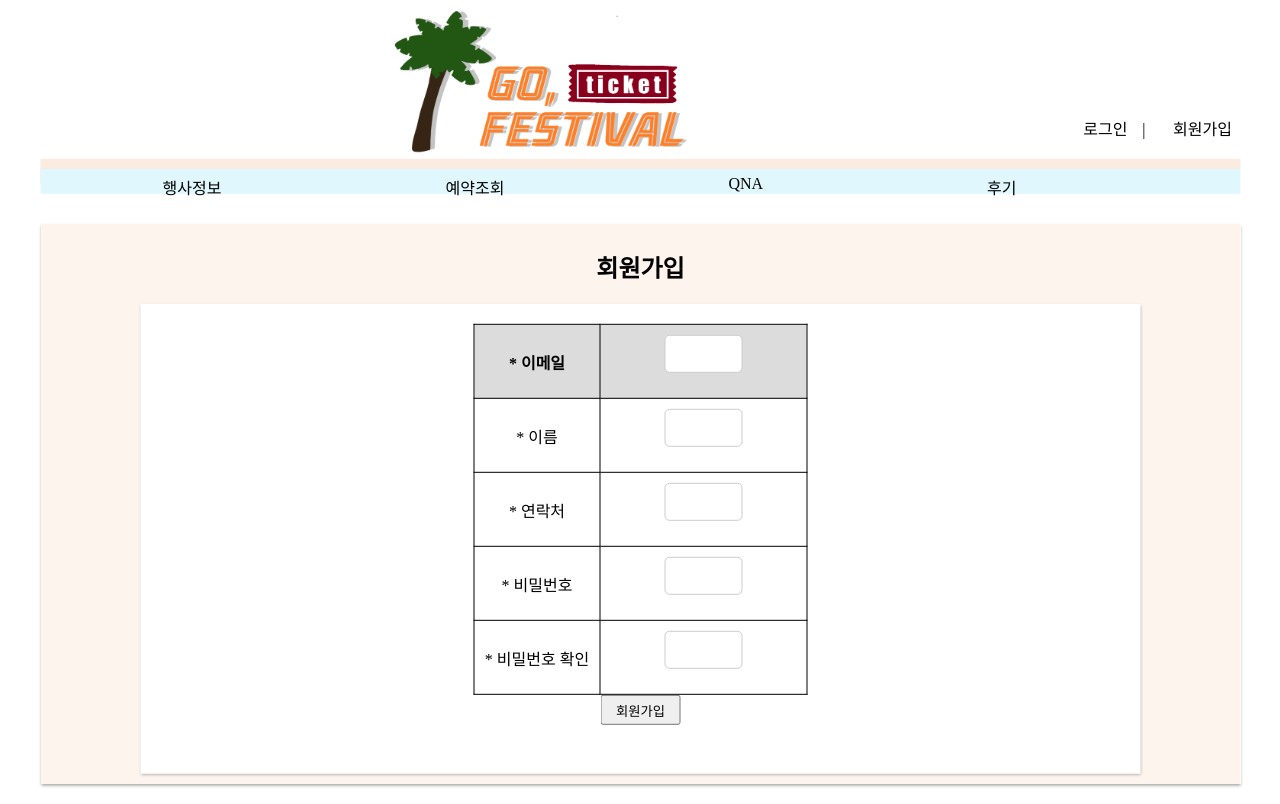
Repository: Changgyu1/Chang_Gu
Page: http://localhost/Project/register.jsp
An editor plug-in stored every save of this project. The page is shown before and after the next save, followed by the edit.
The browser window is 1280 px wide. The pictures show the whole page.
Some web fonts or font styles are not loaded; a fallback is used. The page is served by Tomcat 9. Other server files are loaded and not shown.

Above is the page before, as saved 2023-11-14 04:05:21.

### Project/src/main/webapp/register.jsp
<%@ page language="java" contentType="text/html; charset=UTF-8"
	pageEncoding="UTF-8"%>
<%@ page import="register.event.registerDAO"%>
<%@ page import="register.event.registerDTO"%>
<%@ page import="java.io.PrintWriter"%>
<!DOCTYPE html>
<html lang="UTF-8">
<head>
<meta charset="UTF-8">
<meta name="viewport" content="width=device-width, initial-scale=1.0">
<title>예약</title>
<link rel="stylesheet" type="text/css" href="./hjCss/main.css">
<link rel="stylesheet" type="text/css"
	href="./hjCss/reservationSearch.css">
	<style>
	.center-register{
	    margin-left:auto;
    margin-right:auto;
	}
	table, td, th {
    border-collapse : collapse;
    border : 1px solid black;
};
	</style>
</head>
<body>
	<div id="wrapper">
		<!--로고이미지-->
		<img src="./image/로고1.png" id="logo">
		<!--로그인 버튼-->
		<div style="text-align: right; width: 1215px;">
			<%
			if (session.getAttribute("email") != null) {
			%>
			<button type="button" onclick="location.href='logout.jsp'"
				style="width: 75px;">로그아웃</button>
			<h>|</h>
			<button type="button"
				onclick="location.href='mypageServlet?email=<%=session.getAttribute("email")%>'"
				style="width: 100px;">마이페이지</button>
			<%
			} else {
			%>
			<button type="button" onclick="location.href='login.jsp'"
				style="width: 60px;">로그인</button>
			<h>|</h>
			<button type="button" onclick="location.href='join.jsp'"
				style="width: 100px;">회원가입</button>
			<%
			}
			%>

		</div>

		<!-- 메뉴바 -->
		<div id="buttons">
			<ul>
				<li onclick="location.href='review_list.jsp'">후기</li>
				<li onclick="location.href='Qna_List.jsp'">QNA</li>
				<li onclick="location.href='reservation_search.jsp'">예약조회</li>
				<li onclick="location.href='Event_List.jsp'">행사정보</li>
			</ul>
		</div>
		<!-- 가운데 가장 큰 박스 -->
		<div id="background">

			<h2 style="padding-top: 15px">회원가입</h2>
			<!-- 안에 글넣는 하얀 박스-->
			<div id="reviewbox">
				<!-- 회원가입 -->
				<form action="register" method="post" onsubmit="return Check()">
					<table class="center-register">
						<thead class="registerInfo">
							<tr>
								<th>* 이메일</th>
								<th><input type="email" id="email" name="email" required></th>
							</tr>
						</thead>
						<tbody>
							<tr>
								<td>* 이름</td>
								<td><input type="text" id="name" name="name" required> </td>
							</tr>
							<tr>
								<td>* 연락처</td>
								<td><input type="text" id="phonenumber" name="phonenumber" required></td>
							</tr>
							<tr>
								<td>* 비밀번호</td>
								<td><input type="password" id="password" name="password" required></td>
							</tr>
							<tr>
								<td>* 비밀번호 확인</td>
								<td><input type="password" id="passwordcheck" name="passwordcheck" required></td>
							</tr>
						</tbody>
					</table>
					<input type="submit" onclick="Check()" value="회원가입"
						style="width: 80px; height: 30px;">
				</form>
			</div>
		</div>

	</div>
</body>
</html>

### Project/src/main/webapp/hjCss/main.css
@font-face {
    font-family: 'NanumSquareNeo-Variable';
    src: url('https://cdn.jsdelivr.net/gh/projectnoonnu/noonfonts_11-01@1.0/NanumSquareNeo-Variable.woff2') format('woff2');
    font-weight: normal;
    font-style: normal;
}

    *{
    font-family: 'NanumSquareNeo-Variable';
    }

     body{
 	   	 position: absolute;
            padding: 20px;
            top: 50%;
            left: 50%;
            transform: translate(-50%, -50%);
    }



    #logo{
        width:300px;
        margin-left:350px;
        margin-bottom:-56px;
        margin-top:50px;
    }


       #searchbox{
     margin-right:100px;
        }


    #buttons{
        background:rgba(150, 230, 248, 0.295);
        height: 25px;
        width: 1200px;
        box-shadow: 0px -10px 0px rgba(249, 220, 201, 0.575);
        margin-top: 25px;

    }

    button{
        border:none;
        background:none;
        margin: 3px;
        font-size: 16px;
        width: 250px;

    }

    #background{
        background-color:rgba(249, 220, 201, 0.326);
        width: 1200px;
        height: 550px;
        margin-top: 30px;

        box-shadow: 0px 2px 3px rgb(161, 160, 159);
        padding-top:10px;

    }



    #reviewbox{

    	padding-top:20px;
    	max-width: 1000px;
        height: 450px;
        margin-left:auto;
        margin-right:auto;
        background-color: #ffffff;
        text-align:center;
        box-shadow: 0px 1px 3px rgb(161, 160, 159);
        margin-top : 20px;


    }


    #review{
    margin:10px;
    width:700px;
    height:250px;

    }

    #review_title{
    margin:10px;
     width:700px;
    height:30px;

    }



    h2{
    font-family: 'NanumSquareNeo-Variable';
 	margin-top:0px;
    text-align: center;
    }


    #list{

            background-color: rgba(149, 150, 149, 0.055);
            border: 1px solid gray;
            border-collapse: collapse;
            padding: 10px;
            width:900px;
            text-align: center;
            margin-left:auto;
   			margin-right:auto;

        }


        th{

            background-color: rgba(161, 161, 161, 0.377);

        }

        th,td{

            border: 1px solid gray;
            padding: 10px;
        }

        #textbox{
        margin-right:100px;
        }

ul{
	list-style:none;
}

### Project/src/main/webapp/hjCss/reservationSearch.css


/* 입력 필드 스타일 */
input[type="text"],
input[type="email"],
 input[type="password"]{
    width: 30%;
    padding: 10px;
    margin-bottom: 15px;
    border: 1px solid #ccc;
    border-radius: 5px;
}


li{
		float:right;
		margin: 6px 224px 0px 0;
}


div#r_search {
    margin-top: 123px;
}

li#info{
	list-style:none;

}

After the next save:
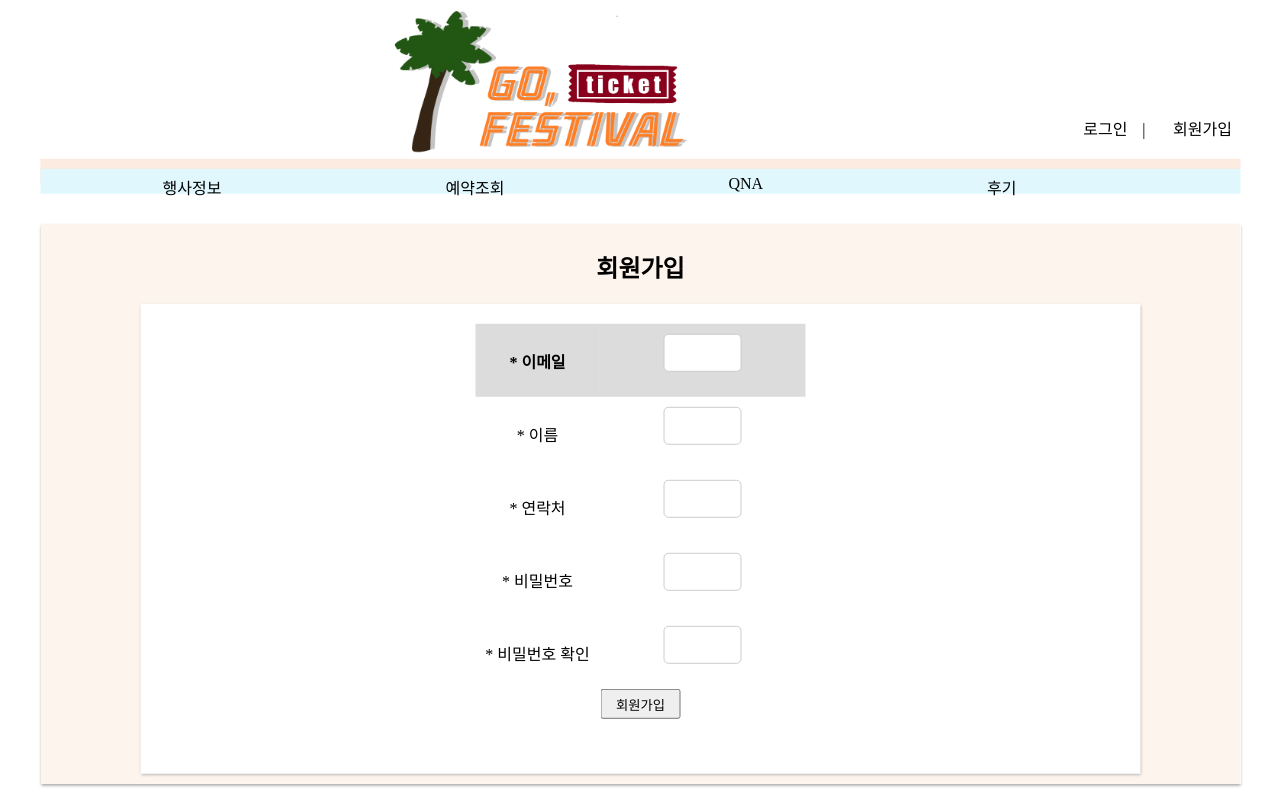
Saved 12 s later.
--- a/Project/src/main/webapp/register.jsp
+++ b/Project/src/main/webapp/register.jsp
@@ -19,7 +19,7 @@
 	}
 	table, td, th {
     border-collapse : collapse;
-    border : 1px solid black;
+    border : none;
 };
 	</style>
 </head>
